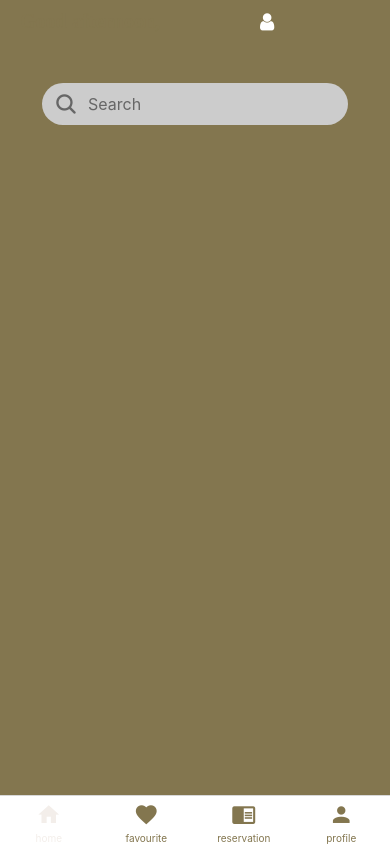
Repository: TemoshoS/restaurant-app
Screen: /
The author's editor kept a copy of each file at every save. The screen is drawn from the files as they stood at one save, then again after the next save.
The page's requests for data from a server got no answer. The app was drawn by React Native's web renderer in a window 390 px wide. The project was rebuilt for these pictures with package versions that can differ from the ones it lists, and the page was loaded fresh each time. No one was signed in, and anything a server would have sent is missing. Also part of the build but not shown: Screens/LoginScreen.js, Screens/HomeScreen.js, Screens/RegisterScreen.js, Screens/RestaurantDetailsScreen.js, Screens/MenuScreen.js, Screens/ReservationScreen.js, Screens/PastReserevationScreen.js, Screens/ProfileScreen.js and 3 more.

Above is the screen before, as saved 2023-12-22 15:58:20.

### App.js
// Import necessary components and modules
import React, { useEffect, useState } from 'react';
import { StyleSheet } from 'react-native';
import { NavigationContainer } from '@react-navigation/native';
import { createStackNavigator } from '@react-navigation/stack';
import { createBottomTabNavigator } from '@react-navigation/bottom-tabs';
import LoginScreen from './Screens/LoginScreen';
import HomeScreen from './Screens/HomeScreen';
import RegisterScreen from './Screens/RegisterScreen';
import RestaurantScreen from './Screens/RestaurantScreen';
import RestaurantDetailsScreen from './Screens/RestaurantDetailsScreen';
import MenuScreen from './Screens/MenuScreen';
import ReservationScreen from './Screens/ReservationScreen';
import PastReserevationScreen from './Screens/PastReserevationScreen';
import ProfileScreen from './Screens/ProfileScreen';
import store from './store/store';
import { Provider } from 'react-redux';
import MaterialCommunityIcons from 'react-native-vector-icons/MaterialCommunityIcons';
import FavoriteRestaurantScreen from './Screens/FavoriteRestaurantScreen';
import ForgotPasswordScreen from './Screens/ForgotPasswordScreen'
import Dashboard from './Screens/Dashboard';
import { auth } from './config/firebase';

const Stack = createStackNavigator();
const Tab = createBottomTabNavigator();

export default function App() {
  const [isAdmin, setIsAdmin] = useState(false);

  useEffect(() => {
    const checkAdminStatus = async () => {
      const user = auth.currentUser;
      const isAdminUser = user ? user.email === 'temosho@admin.co' : false; // Replace with your admin email
      setIsAdmin(isAdminUser);
    };

    checkAdminStatus();
  }, []);

  function MainStack() {
    return (
      <Stack.Navigator initialRouteName='Restaurants'>
        <Stack.Screen name="Restaurants" component={RestaurantScreen} options={{ headerShown: false }} />
        <Stack.Screen name='Welcome' component={HomeScreen} options={{ headerShown: false }} />
        <Stack.Screen name='Login' component={LoginScreen} options={{ headerShown: false }} />
        <Stack.Screen name='Register' component={RegisterScreen} options={{ headerShown: false }} />
        <Stack.Screen name='Restaurant info' component={RestaurantDetailsScreen} options={{
          headerShown: true,
          headerStyle: {
            backgroundColor: '#83764F',
          },
          headerTitle: '',
          headerTitleStyle: {
            color: '#F3EEEA',
            fontWeight: 'bold',
            fontSize: 18,
          },
          headerTintColor: '#F3EEEA',
          headerBackTitleVisible: false,
          headerBackImage: () => (
            <MaterialCommunityIcons name="arrow-left" size={24} color="#F3EEEA" />
          ),
        }}  />
        <Stack.Screen name='Menu' component={MenuScreen} options={{
          headerShown: true,
          headerStyle: {
            backgroundColor: '#83764F',
          },
          headerTitle: '',
          headerTitleStyle: {
            color: '#F3EEEA',
            fontWeight: 'bold',
            fontSize: 18,
          },
          headerTintColor: '#F3EEEA',
          headerBackTitleVisible: false,
          headerBackImage: () => (
            <MaterialCommunityIcons name="arrow-left" size={24} color="#F3EEEA" />
          ),
        }} />
        {!isAdmin && (
          <Stack.Screen name='ReservationScreen' component={ReservationScreen} options={{
            headerShown: true,
            headerStyle: {
              backgroundColor: '#83764F',
            },
            headerTitle: '',
            headerTitleStyle: {
              color: '#F3EEEA',
              fontWeight: 'bold',
              fontSize: 18,
            },
            headerTintColor: '#F3EEEA',
            headerBackTitleVisible: false,
            headerBackImage: () => (
              <MaterialCommunityIcons name="arrow-left" size={24} color="#F3EEEA" />
            ),
          }}/>
        )}
        <Stack.Screen name='profile' component={ProfileScreen} options={{ headerShown: false }} />
        <Stack.Screen name='dashboard' component={Dashboard} options={{ headerShown: false }} />
        <Stack.Screen name='ForgotPasswordScreen' component={ForgotPasswordScreen} options={{ headerShown: false }} />
      </Stack.Navigator>
    );
  }

  function TabNavigator() {
    return (
      <Tab.Navigator
        tabBarOptions={{
          activeTintColor: '#F3EEEA',
          inactiveTintColor: '#83764F',
        }}
      >
        <Tab.Screen
          name="home"
          component={MainStack}
          options={{
            headerShown: false,
            tabBarIcon: ({ color, size }) => (
              <MaterialCommunityIcons name="home" color={color} size={size} />
            ),
          }}
        />
        {!isAdmin && (
          <Tab.Screen
            name="favourite"
            component={FavoriteRestaurantScreen}
            options={{
              headerShown: false,
              tabBarIcon: ({ color, size }) => (
                <MaterialCommunityIcons name="heart" color={color} size={size} />
              ),
            }}
          />
        )}
        {!isAdmin && (
          <Tab.Screen
            name="reservation"
            component={PastReserevationScreen}
            options={{
              headerShown: false,
              tabBarIcon: ({ color, size }) => (
                <MaterialCommunityIcons name="book-open" color={color} size={size} />
              ),
            }}
          />
        )}
        <Tab.Screen
          name="profile"
          component={ProfileScreen}
          options={{
            headerShown: false,
            tabBarIcon: ({ color, size }) => (
              <MaterialCommunityIcons name="account" color={color} size={size} />
            ),
          }}
        />
      </Tab.Navigator>
    );
  }

  return (
    <Provider store={store}>
      <NavigationContainer>
        <TabNavigator />
      </NavigationContainer>
    </Provider>
  );
}

const styles = StyleSheet.create({
  container: {
    flex: 1,
    backgroundColor: 'black',
    alignItems: 'center',
    justifyContent: 'center',
  },
});

### store/store.js
import { createStore, applyMiddleware, combineReducers } from 'redux';
import thunk from 'redux-thunk';
import restaurantsReducer from '../reducers/restaurantsReducer';
import reserveReducer from '../reducers/reserveReducer';
import authReducer from '../reducers/authReducer';
import favoriteRestaurantsReducer from '../reducers/favoriteRestaurantsReducer';


const rootReducer = combineReducers({
  restaurants: restaurantsReducer,
  reservation: reserveReducer,
  auth: authReducer,
  favoriteRestaurants: favoriteRestaurantsReducer,

});

const store = createStore(rootReducer, applyMiddleware(thunk));

export default store;

### config/firebase.js
// Import the functions you need from the SDKs you need
import { initializeApp } from "firebase/app";
import { getAnalytics } from "firebase/analytics";

import {getAuth} from 'firebase/auth';
import {getFirestore} from 'firebase/firestore'
// TODO: Add SDKs for Firebase products that you want to use
// https://firebase.google.com/docs/web/setup#available-libraries

// Your web app's Firebase configuration
// For Firebase JS SDK v7.20.0 and later, measurementId is optional
const firebaseConfig = {
  apiKey: "AIzaSyDa4_cUmrR60k82VypxJ_US-F7FEiItCL4",
  authDomain: "restaurant-app-da7bc.firebaseapp.com",
  projectId: "restaurant-app-da7bc",
  storageBucket: "restaurant-app-da7bc.appspot.com",
  messagingSenderId: "598136487640",
  appId: "1:598136487640:web:f77577fdc1710db8c1a1ad",
  measurementId: "G-6D4DHL06Z0"
};

// Initialize Firebase
const app = initializeApp(firebaseConfig);
const analytics = getAnalytics(app);

const auth = getAuth(app)
const db = getFirestore(app)
export {auth, db}

### actions/authActions.js
import { sendPasswordResetEmail } from 'firebase/auth';
import { auth } from '../config/firebase';
export const LOGIN_SUCCESS = 'LOGIN_SUCCESS';
export const REGISTER_SUCCESS = 'REGISTER_SUCCESS';
export const FORGOT_PASSWORD_REQUEST = 'FORGOT_PASSWORD_REQUEST';
export const FORGOT_PASSWORD_SUCCESS = 'FORGOT_PASSWORD_SUCCESS';
export const FORGOT_PASSWORD_FAILURE = 'FORGOT_PASSWORD_FAILURE';
export const LOGOUT = 'LOGOUT';

export const loginSuccess = (user) => ({
  type: LOGIN_SUCCESS,
  payload: user,
});

export const registerSuccess = (user) => ({
  type: REGISTER_SUCCESS,
  payload: user,
});

export const forgotPasswordRequest = () => ({
  type: FORGOT_PASSWORD_REQUEST,
});

export const forgotPasswordSuccess = () => ({
  type: FORGOT_PASSWORD_SUCCESS,
});

export const forgotPasswordFailure = (error) => ({
  type: FORGOT_PASSWORD_FAILURE,
  payload: error,
});

export const forgotPassword = (email) => {
  return async (dispatch) => {
    dispatch(forgotPasswordRequest());

    try {
      await sendPasswordResetEmail(auth, email);
      dispatch(forgotPasswordSuccess());
    } catch (error) {
      dispatch(forgotPasswordFailure(error));
    }
  };
};

export const logout = () => ({
  type: LOGOUT,
});

### actions/restaurant.js
import { db } from "../config/firebase";
import { collection ,getDocs} from "firebase/firestore";

export const FETCH_RESTAURANTS = 'FETCH_RESTAURANTS';

export const fetchRestaurants = () => {
  return async (dispatch) => {
    const restaurantsCollection = collection(db, 'restaurants');
    const snapshot = await getDocs(restaurantsCollection);
    const restaurants = [];
    snapshot.forEach((doc) => {
      restaurants.push(doc.data());
    });
    dispatch({ type: FETCH_RESTAURANTS, payload: restaurants });
  };
};

### components/navbar.js
import React,{useState, useEffect} from 'react';
import { StyleSheet, Text, View } from 'react-native';
import Icon from 'react-native-vector-icons/FontAwesome';
import { getAuth, onAuthStateChanged } from 'firebase/auth';


const Navbar = () => {
  const [currentUser, setCurrentUser] = useState(null);

  useEffect(()=>{
    const auth = getAuth();

    const unsubscribe = onAuthStateChanged(auth, (user)=>{
      if (user) {
        setCurrentUser(user.displayName);

      } else {
        setCurrentUser(null);

      }
    });

    return()=> unsubscribe();
  },[]);

  const getCurrentTimeOfDay = () => {
    const currentHour = new Date().getHours();
    if (currentHour >= 0 && currentHour < 12) {
      return 'morning';
    } else if (currentHour >= 12 && currentHour < 18) {
      return 'afternoon';
    } else {
      return 'evening';
    }
  };

  return (
    <View style={styles.container}>
      <View style={styles.user}>
        <Text style={styles.greetingText}>
          Good {getCurrentTimeOfDay()},
        </Text>
        <View style={styles.userRow}>
          <Icon name="user" size={20} color="#fff" />
          <Text style={styles.userText}>{currentUser}</Text>
        </View>
      </View>
    </View>
  );
};

const styles = StyleSheet.create({
  container: {
    backgroundColor: '#83764F',
    paddingVertical: 10,
    paddingHorizontal: 20,
    marginBottom: 40,
  },
  user: {
    flexDirection: 'row',
    alignItems: 'center',
  },
  greetingText: {
    fontSize: 20,
    fontWeight: 'bold',
    color: '#83764F',
    fontFamily: 'Roboto Slab',
  },
  userRow: {
    flexDirection: 'row',
    alignItems: 'center',
    marginLeft: 100
  },
  userText: {
    marginLeft: 10,
    fontSize: 18,
    fontWeight: 'bold',
    color: '#F3EEEA',
  },
});

export default Navbar;

### components/search.js
import React from 'react';
import { StyleSheet, View, TextInput } from 'react-native';
import { Ionicons } from '@expo/vector-icons'; // You may need to install the Ionicons package

const Search = ({ onSearch }) => {
  return (
    <View style={styles.container}>
      <View style={styles.inputContainer}>
        <Ionicons name="search" size={24} color="#666" style={styles.searchIcon} />
        <TextInput
          style={styles.searchInput}
          placeholder="Search"
          placeholderTextColor="#666"
          onChangeText={(text) => onSearch(text)}
        />
      </View>
    </View>
  );
};

const styles = StyleSheet.create({
  container: {
    alignItems: 'center',
    marginBottom: 20
  },
  inputContainer: {
    flexDirection: 'row',
    alignItems: 'center',
    backgroundColor: '#ccc',
    paddingVertical: 8,
    paddingHorizontal: 12,
    borderRadius: 25,
  },
  searchIcon: {
    marginRight: 10,
  },
  searchInput: {
    flex: 1,
    fontSize: 16,
    color: '#333',

  },
});

export default Search;

### actions/reserveAction.js
import { db } from "../config/firebase";
import { collection, addDoc, getDocs, query, where } from "firebase/firestore";

export const RESERVE_SUCCESS = "RESERVE_SUCCESS";
export const RESERVE_FAILURE = "RESERVE_FAILURE";
export const FETCH_ALL_RESERVATIONS = 'FETCH_ALL_RESERVATIONS';
export const FETCH_PAST_RESERVATIONS = 'ETCH_PAST_RESERVATIONS';


export const reserveTable = (reservationData) => {
  return async (dispatch) => {
    try {
      // Save the reservation data to Firestore
      const ordersCollection = collection(db, "Orders");
      const docRef = await addDoc(ordersCollection, reservationData);


      dispatch({ type: RESERVE_SUCCESS, payload: docRef });
    } catch (error) {

      dispatch({ type: RESERVE_FAILURE, payload: error.message });
    }
  };
};

export const fetchPastReservations = (userId) => {
  return async (dispatch) => {
    try {

      //query to fetch reservations based on the userId
      const reservationsCollection = collection(db, 'Orders');
      const userQuery = query(reservationsCollection, where('userId', '==', userId));

      const snapshot = await getDocs(userQuery);

      const pastReservations = [];
      snapshot.forEach((doc) => {
        pastReservations.push(doc.data());
      });


      dispatch({ type: FETCH_PAST_RESERVATIONS, payload: pastReservations });
    } catch (error) {
      // Handle errors
      console.error('Error fetching past reservations:', error);
    }
  };
}


export const fetchAllReservations = () => {
  return async (dispatch) => {
    try {
      // Query to fetch all reservations
      const reservationsCollection = collection(db, 'Orders');
      const snapshot = await getDocs(reservationsCollection);
      const allReservations = [];

      snapshot.forEach((doc) => {
        allReservations.push(doc.data());
      });

      dispatch({ type: FETCH_ALL_RESERVATIONS, payload: allReservations });
    } catch (error) {
      console.error('Error fetching all reservations:', error);
    }
  };
};

### reducers/restaurantsReducer.js
import { FETCH_RESTAURANTS } from "../actions/restaurant";


const initialState = {
    restaurants: [],
};

const restaurantsReducer = (state = initialState, action) =>{

    switch (action.type) {
        case FETCH_RESTAURANTS:
          return { ...state, restaurants: action.payload };
        default:
          return state;
      }


};

export default restaurantsReducer;

### reducers/reserveReducer.js
import { RESERVE_SUCCESS, RESERVE_FAILURE, FETCH_PAST_RESERVATIONS,FETCH_ALL_RESERVATIONS } from "../actions/reserveAction";

const initialState = {
  reservationSuccess: null,
  reservationError: null,
  pastReservations: [],
  allReservations: [],
  loading: false,
};

const reserveReducer = (state = initialState, action) => {
  switch (action.type) {
    case RESERVE_SUCCESS:
      return { ...state, reservationSuccess: action.payload, reservationError: null };
    case RESERVE_FAILURE:
      return { ...state, reservationSuccess: null, reservationError: action.payload };
    case FETCH_PAST_RESERVATIONS:
      return { ...state, pastReservations: action.payload };
      case FETCH_ALL_RESERVATIONS:
        return { ...state, allReservations: action.payload, loading: false };
    default:
      return state;
  }
};

export default reserveReducer;

### reducers/authReducer.js
import {
  LOGIN_SUCCESS,
  REGISTER_SUCCESS,
  LOGOUT ,
  FORGOT_PASSWORD_REQUEST,
  FORGOT_PASSWORD_SUCCESS,
  FORGOT_PASSWORD_FAILURE,} from '../actions/authActions';

const initialState = {
  user: null,
  isAuthenticated: false,
  forgotPasswordLoading: false,
  forgotPasswordSuccess: false,
  forgotPasswordError: null,

};

const authReducer = (state = initialState, action) => {
  switch (action.type) {
    case LOGIN_SUCCESS:
    case REGISTER_SUCCESS:
      return {
        ...state,
        user: action.payload,
        isAuthenticated: true,
      };
      case FORGOT_PASSWORD_REQUEST:
        return {
          ...state,
          forgotPasswordLoading: true,
          forgotPasswordSuccess: false,
          forgotPasswordError: null,
        };
      case FORGOT_PASSWORD_SUCCESS:
        return {
          ...state,
          forgotPasswordLoading: false,
          forgotPasswordSuccess: true,
          forgotPasswordError: null,
        };
      case FORGOT_PASSWORD_FAILURE:
      return {
        ...state,
        forgotPasswordLoading: false,
        forgotPasswordSuccess: false,
        forgotPasswordError: action.payload,
      };
    case LOGOUT:
      return {
        ...state,
        user: null,
        isAuthenticated: false,
      };
    default:
      return state;
  }
};

export default authReducer;

### reducers/favoriteRestaurantsReducer.js
import { FETCH_FAV_RESTAURANTS } from "../actions/favoriteRestaurantActions";


const initialState = {
    favRestaurants: [],
};

const favRestaurantsReducer = (state = initialState, action) =>{

    switch (action.type) {
        case FETCH_FAV_RESTAURANTS:
          return { ...state, favRestaurants: action.payload };
        default:
          return state;
      }


};

export default favRestaurantsReducer;

### actions/favoriteRestaurantActions.js
import { db } from "../config/firebase";
import { collection ,getDocs} from "firebase/firestore";

export const FETCH_FAV_RESTAURANTS = 'FETCH_FAV_RESTAURANTS';

export const fetchFavouriteRestaurants = () => {
  return async (dispatch) => {
    const restaurantsCollection = collection(db, 'favouriteRestaurants');
    const snapshot = await getDocs(restaurantsCollection);
    const favRestaurants = [];
    snapshot.forEach((doc) => {
      favRestaurants.push(doc.data());
    });
    dispatch({ type: FETCH_FAV_RESTAURANTS, payload: favRestaurants });
  };
};

Loaded but not shown: Screens/RestaurantScreen.js (497 lines, source omitted)

After the next save:
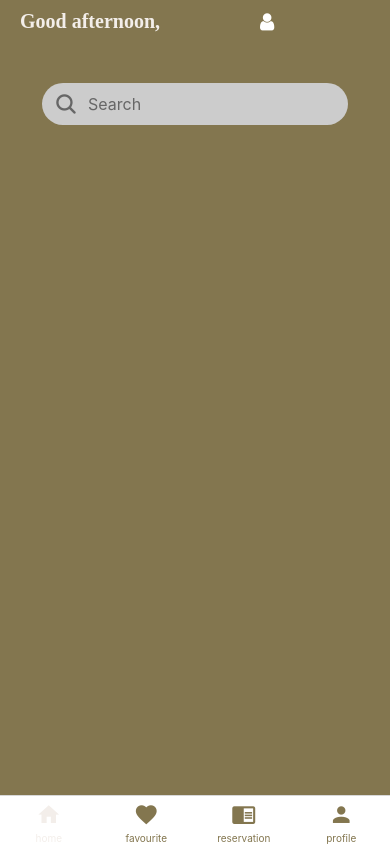
Saved 8 s later.
--- a/components/navbar.js
+++ b/components/navbar.js
@@ -63,7 +63,7 @@ const styles = StyleSheet.create({
   greetingText: {
     fontSize: 20,
     fontWeight: 'bold',
-    color: '#83764F',
+    color: '#F3EEEA',
     fontFamily: 'Roboto Slab',
   },
   userRow: {
